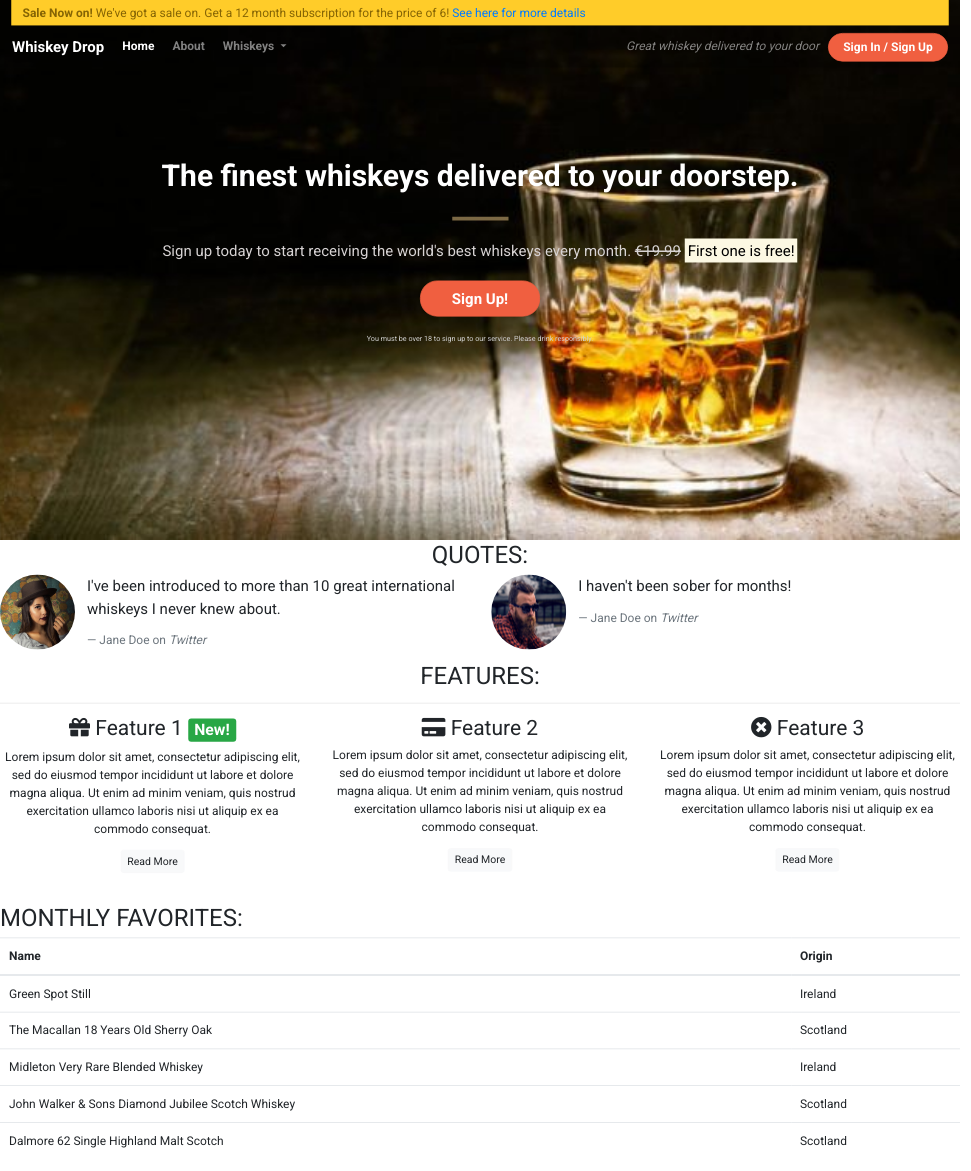
Repository: grisselfaura/BootstrappingYourNextBigIdea-BS4
Page: index.html
The author's editor kept a record of every edit. The page is drawn from the files as they stood at one moment, then again after the next edit.
The browser window is 1280 px wide. The page is 1295 px wide, so the pictures cover 1295 px, including what lies to the right of the window. The pictures show the whole page, at 75% of full size.
Backgrounds fixed to the window are drawn as part of the page. Some web libraries are served in a nearby version.

Above is the page before.

### index.html
<!DOCTYPE html>
<html lang="en-us">

<head>
    <meta charset="utf-8">
    <meta name="viewport" content="width=device-width, initial-scale=1.0">
    <title>Whiskey Drop | Taste a new whiskey every month</title>
    <link rel="stylesheet" href="https://maxcdn.bootstrapcdn.com/bootstrap/4.1.3/css/bootstrap.min.css">
    <link rel="stylesheet" href="https://use.fontawesome.com/releases/v5.6.1/css/all.css" integrity="sha384-gfdkjb5BdAXd+lj+gudLWI+BXq4IuLW5IT+brZEZsLFm++aCMlF1V92rMkPaX4PP" crossorigin="anonymous">
    <link href="https://fonts.googleapis.com/css?family=Roboto:400,700&display=swap" rel="stylesheet">
    <link rel="stylesheet" href="css/style.css" type="text/css" />
</head>

<body>
    <div class="container-fluid navalert-container">
        <div class="container-fluid alert-container">
            <div class="row d-none d-sm-block">
                <div class="col-12">
                    <div class="site-wide-alert alert-warning">
                        <strong>Sale Now on!</strong> We've got a sale on. Get a 12 month subscription for the price of 6! <a href="">See here for more details</a>
                    </div>
                </div>
            </div>
        </div>
        <nav class="navbar navbar-dark navbar-expand-sm">
            <a href="/" class="navbar-brand">Whiskey Drop</a>

            <button class="navbar-toggler ml-auto" type="button" data-toggle="collapse" data-target="#navbarNavDropdown" aria-controls="navbarNavDropdown" aria-expanded="false" aria-label="Toggle navigation">
            <span class="navbar-toggler-icon"></span></button>

                <div class="collapse navbar-collapse" id="navbarNavDropdown">
                    <ul class="navbar-nav mr-auto">
                        <li class="active nav-item mr-2"><a class="nav-link" href="/">Home</a></li>
                        <li class="nav-item mr-2"><a class="nav-link" href="">About</a></li>
                        <li class="nav-item dropdown">
                            <a class="nav-link dropdown-toggle" href="#" id="navbarDropdownMenuLink" role="button" data-toggle="dropdown" aria-haspopup="true" aria-expanded="false">
                  Whiskeys
            </a>
                    <div class="dropdown-menu" aria-labelledby="navbarDropdownMenuLink">
                        <a class="dropdown-item" href="#">Irish</a>
                        <a class="dropdown-item" href="#">Scotch</a>
                        <a class="dropdown-item" href="#">Japanese</a>
                        <a class="dropdown-item" href="#">American</a>
                    </div>
                </li>

                <li class="nav-item mr-2 d-block d-sm-none"><a class="nav-link" href="">Sign In / Sign Up</a></li>
            </ul>
        </div>
        <div class="d-none d-md-block">
            <p class="navbar-text my-auto mr-2"><i>Great whiskey delivered to your door</i></p>
            <a href="/login" class="btn btn--cta btn--red">Sign In / Sign Up</a>
        </div>
        <!--</div>-->
    </nav>
    </div>
        <!-- Callout -->
    <div class="container-fluid callout-container">
        <div class="opaque-overlay">&nbsp;</div>
        <div class="row">
            <div class="col-12">
                <section class="callout jumbotron text-center">
                    <h1 class="jumbotron-header">The finest whiskeys delivered to your doorstep.</h1>
                    <hr class="block-divider block-divider--orange">

                    <p class="lead">Sign up today to start receiving the world's best whiskeys every month.
                        <s class="d-none d-sm-inline">€19.99</s>
                        <span class="d-inline d-sm-none"><br></span>
                        <strong><mark>First one is free!</mark></strong></p>
                    <p><button class="btn btn-lg btn--cta btn--red" data-toggle="modal" data-target="#signUpModal">Sign Up!</button></p>
                    <p class="text-muted"><small>You must be over 18 to sign up to our service. Please drink responsibly.</small></p>
                </section>
            </div>
        </div>
    </div>
        <!-- /.callout -->

        <!-- Quotes -->
        <div class="cointainer quotes-container">
        <section class="quotes">
            <div class="row">
                <div class="col-12 page-header">
                    <h2 class="text-uppercase">Quotes:</h2>
                </div>
            </div>
            <div class="row">
                <div class="col-12 col-md-6">
                    <div class="media">
                        <div class="d-none d-sm-block">
                            <img src="images/girl-image.png" class="rounded-circle mr-3" height=100 width=100>
                        </div>
                        <div class="media-body">
                            <blockquote class="blockquote">
                                <p>I've been introduced to more than 10 great international whiskeys I never knew about.</p>
                                <footer class="blockquote-footer">Jane Doe on <cite title="Twitter">Twitter</cite></footer>
                            </blockquote>
                        </div>
                    </div>
                </div>
                <div class="col-12 col-md-6">
                    <div class="media">
                        <div class="d-none d-sm-block">
                            <img src="images/guy-image.png" class="rounded-circle mr-3" height=100 width=100>
                        </div>
                        <div class="media-body">
                            <blockquote class="blockquote">
                                <p>I haven't been sober for months!</p>
                                <footer class="blockquote-footer">Jane Doe on <cite title="Twitter">Twitter</cite></footer>
                            </blockquote>
                        </div>
                    </div>
                </div>
            </div>
        </section>
        <!-- /.quotes -->
    </div>
        <!-- Features -->
        <div class="features-container">
        <section class="features">
            <div class="row">
                <div class="col-12 page-header">
                    <h2 class="text-uppercase">Features:</h2>
                    <hr />
                </div>
            </div>
            <div class="row">
                <div class="col-12 col-md-6 col-lg-4">
                    <div class="feature">
                        <h3><i class="fas fa-gift d-none d-sm-inline"></i> Feature 1 <span class="badge badge-success">New!</span></h3>
                        <p>Lorem ipsum dolor sit amet, consectetur adipiscing elit, sed do eiusmod tempor incididunt ut labore et dolore magna aliqua. Ut enim ad minim veniam, quis nostrud exercitation ullamco laboris nisi ut aliquip ex ea commodo consequat.</p>
                        <p><a class="btn btn-sm btn-light" href="">Read More</a></p>
                    </div>
                </div>
                <div class="col-12 col-md-6 col-lg-4">
                    <div class="feature">
                        <h3><i class="fas fa-credit-card d-none d-sm-inline"></i> Feature 2</h3>
                        <p>Lorem ipsum dolor sit amet, consectetur adipiscing elit, sed do eiusmod tempor incididunt ut labore et dolore magna aliqua. Ut enim ad minim veniam, quis nostrud exercitation ullamco laboris nisi ut aliquip ex ea commodo consequat.</p>
                        <p><a class="btn btn-sm btn-light" href="">Read More</a></p>
                    </div>
                </div>
                <div class="col-12 d-md-none d-lg-block col-lg-4">
                    <div class="feature">
                        <h3><i class="fas fa-times-circle d-none d-sm-inline"></i> Feature 3</h3>
                        <p>Lorem ipsum dolor sit amet, consectetur adipiscing elit, sed do eiusmod tempor incididunt ut labore et dolore magna aliqua. Ut enim ad minim veniam, quis nostrud exercitation ullamco laboris nisi ut aliquip ex ea commodo consequat.</p>
                        <p><a class="btn btn-sm btn-light" href="">Read More</a></p>
                    </div>
                </div>
            </div>
        </section>
        <!-- /.features -->
        <section class="Monthly favorites">
             <h2 class="text-uppercase">Monthly favorites:</h2>
             <table class="table">
          <thead>
            <tr>
              <th scope="col">Name</th>
              <th scope="col">Origin</th>
            </tr>
          </thead>
          <tbody>
            <tr>
              <td>Green Spot Still</td>
              <td>Ireland</td>
            </tr>
            <tr>
              <td>The Macallan 18 Years Old Sherry Oak</td>
              <td>Scotland</td>
            </tr>
            <tr>
              <td>Midleton Very Rare Blended Whiskey</td>
              <td>Ireland</td>
             </tr>
            <tr>
              <td>John Walker & Sons Diamond Jubilee Scotch Whiskey</td>
              <td>Scotland</td>
             </tr>
              <tr>
              <td>Dalmore 62 Single Highland Malt Scotch</td>
              <td>Scotland</td>
             </tr>
          </tbody>
            </table>
        </section>
    </div>

    <div class="modal" tabindex="-1" role="dialog" id="signUpModal">
        <div class="modal-dialog" role="document">
            <div class="modal-content">
                <div class="modal-header">
                    <h5 class="modal-title">Sign Up To Whiskey Drop!</h5>
                    <button type="button" class="close" data-dismiss="modal" aria-label="Close">
          <span aria-hidden="true">&times;</span>
        </button>
                </div>
                <div class="modal-body">
                    <form>
                        <div class="form-group">
                            <label for="exampleInputEmail1">Email address</label>
                            <input type="email" class="form-control" id="exampleInputEmail1" aria-describedby="emailHelp" placeholder="Enter email">
                            <small id="emailHelp" class="form-text text-muted">We'll never share your email with anyone else.</small>
                        </div>
                        <div class="form-group">
                            <label for="password">Password</label>
                            <input type="password" class="form-control" id="password" placeholder="Password">
                        </div>
                        <div class="form-group">
                            <label for="repeatPassword">Repeat Password</label>
                            <input type="password" class="form-control" id="repeatPassword" placeholder="Repeat Password">
                        </div>
                        <button type="submit" class="btn btn-success">Submit</button>
                    </form>
                </div>
            </div>
        </div>
    </div>

    <script src="https://code.jquery.com/jquery-3.3.1.slim.min.js" integrity="sha384-q8i/X+965DzO0rT7abK41JStQIAqVgRVzpbzo5smXKp4YfRvH+8abtTE1Pi6jizo" crossorigin="anonymous"></script>
    <script src="https://cdnjs.cloudflare.com/ajax/libs/popper.js/1.14.3/umd/popper.min.js" integrity="sha384-ZMP7rVo3mIykV+2+9J3UJ46jBk0WLaUAdn689aCwoqbBJiSnjAK/l8WvCWPIPm49" crossorigin="anonymous"></script>
    <script src="https://stackpath.bootstrapcdn.com/bootstrap/4.1.3/js/bootstrap.min.js" integrity="sha384-ChfqqxuZUCnJSK3+MXmPNIyE6ZbWh2IMqE241rYiqJxyMiZ6OW/JmZQ5stwEULTy" crossorigin="anonymous"></script>
</body>

</html>

### css/style.css
body {
    font-family: 'Roboto', sans-serif;
}

.container-wrapper {}

.container-wrapper--red {
    background-color: #f05f40;
    color: white;
}

.alert-container .col-12{
    padding-left: 0
    padding-right:0;
}

.site-wide-alert {
    border-radius: 0;
    margin-bottom: 0;
    padding: 5px 15px;
    background-color: #ffcc29;
    border-color: #ffcc29;
}

.callout-container {
    height:100vh;
    background: url("../images/Whiskey-background.jpg") no-repeat bottom right fixed;
      -webkit-background-size: cover;
      -moz-background-size: cover;
      -o-background-size: cover;
      background-size: cover;
      display: flex;
      align-items: center;
      justify-content: center;
      position: relative;
}

.opaque-overlay {
    position: absolute;
    top: 0;
    left: 0;
    height: 100%;
    width: 100%
    background-color: rgba(0,0,0,0.5);
}
.quotes-container {}

.features-container {}

/*Page headers*/

.page-header {
    margin bottom: 0;
    border bottom: 0;
    text-align: center;
}

.page-header h2 {
    margin top: 0;
}

/*Block-dividers*/

.block-divider {
    width: 75px;
    height: 5px;
    border: 0;
    background-color: #444;
}

.block-divider--orange {
    background-color: #7c6945;
}

.block-divider--white {
    background-color: white
}

.block-divider--short {
    width: 35px;
}

/*Content containers*/

.content-container {
    padding-top: 75px;
    padding-bottom: 75px;
}

/*Navbar*/

.navalert-container {
    position: absolute;
    top: 0;
    left: 0;
    padding-left: 0;
    padding-right: 0;
    z-index: 1;
}

.navbar {
    margin-bottom: 0;
    border: 0;
    width: 100%;
    background-color: rgba(0,0,0,0.25);
}

.navbar .navbar-toggler {
    border:0;
}

.navbar-brand {
    font-weight: bold;
}

.navbar .navbar-nav a {
    font-weight: bold;
}
/*Jumbotron*/
.jumbotron {
    background-color: transparent;
}

.jumbotron-header {
    color: white;
    font-weight: bold;
    margin-bottom: 30px;
}

.jumbotron .lead {
    margin: 25px;
    color: #d7d3d3;
}

.jumbotron small {
    font-size: 60%;
    font-size: italic;
    color: #d0d0d0;
}

/*Buttons*/
.btn--cta {
    font-weight: bold;
    border-radius: 23px;
    width: 160px;
}

.btn--red {
    color: white;
    background-color: #f05f40;
    border-color:#f05f40;
}

.btn-red:hover,
.btn--red:active,
.btn--red:focus,
.btn--red:active:hover {
    background-color: #c38f84;
    border-color: #c38f84;
}

.feature {
    text-align: center;
    margin-bottom : 40px;
}

.feature i {
    text-align: center;
    margin-bottom : 40px;
}

After the next edit:
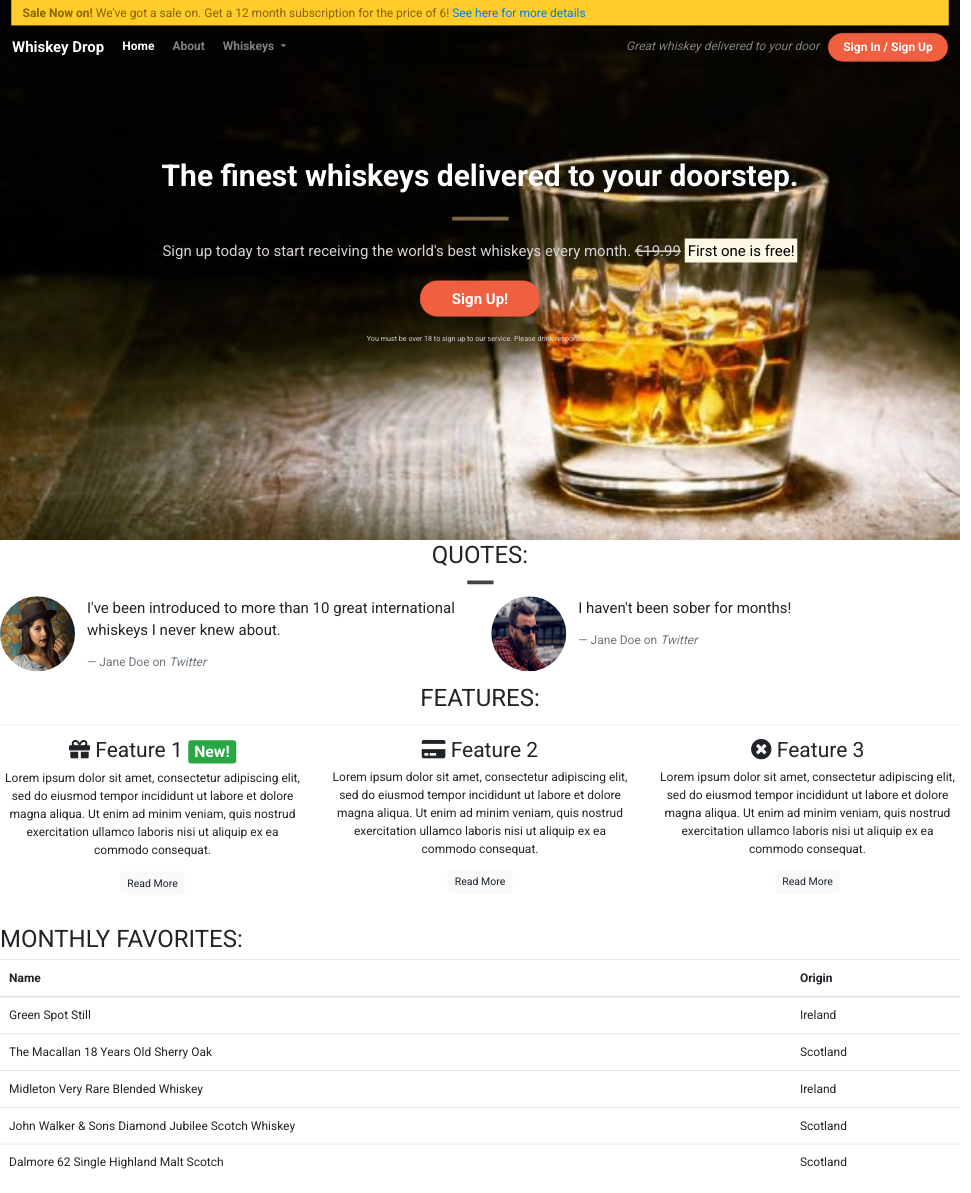
The edit:
--- a/index.html
+++ b/index.html
@@ -81,6 +81,7 @@
             <div class="row">
                 <div class="col-12 page-header">
                     <h2 class="text-uppercase">Quotes:</h2>
+                    <hr class= "block-divider block-divider--short">
                 </div>
             </div>
             <div class="row">
